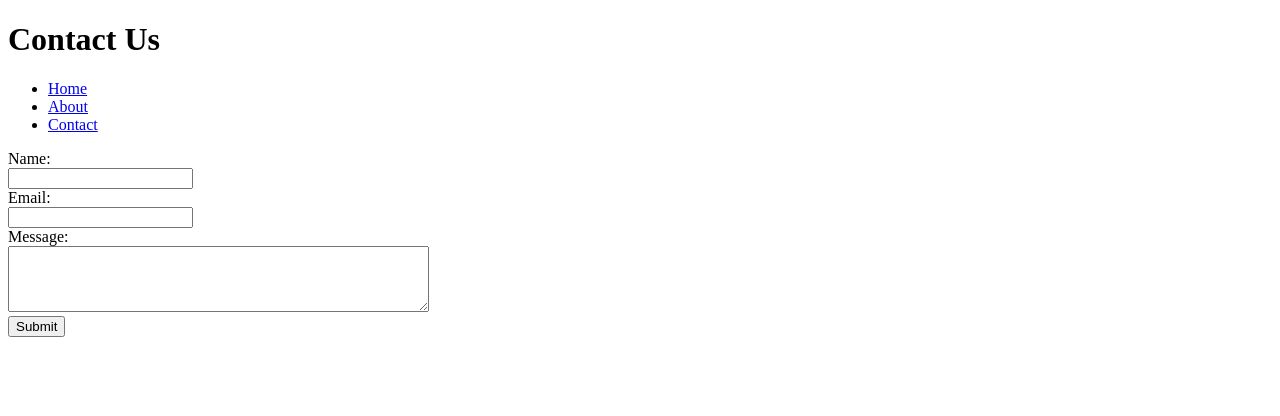
Repository: jbn-aman/wiprobatch1
Page: project/work/html/mywebapp/public/pages/assignment14/contact.html
The author's editor kept a copy of each file at every save. The page is drawn from the files as they stood at one save, then again after the next save.
The browser window is 1280 px wide. The pictures show the whole page.

Above is the page before, as saved 2024-04-04 16:50:08.

After the next save:
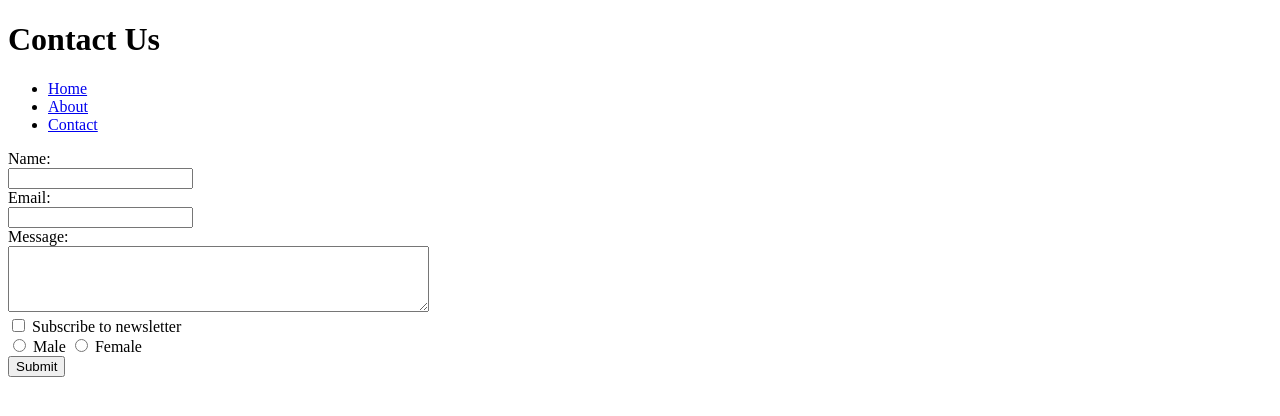
Saved 2 min 31 s later.
--- a/project/work/html/mywebapp/public/pages/assignment14/contact.html
+++ b/project/work/html/mywebapp/public/pages/assignment14/contact.html
@@ -18,13 +18,19 @@
         </ul>
     </nav>
     <!-- Contact form -->
-    <form class="contact-form" action="https://example.com/submit_form.php" method="post">
+    <form  method="post">
         <label for="name">Name:</label><br>
         <input type="text" id="name" name="name"><br>
         <label for="email">Email:</label><br>
         <input type="email" id="email" name="email"><br>
         <label for="message">Message:</label><br>
         <textarea id="message" name="message" rows="4" cols="50"></textarea><br>
+        <input type="checkbox" id="subscribe" name="subscribe">
+        <label for="subscribe">Subscribe to newsletter</label><br>
+        <input type="radio" id="male" name="gender" value="male">
+        <label for="male">Male</label>
+        <input type="radio" id="female" name="gender" value="female">
+        <label for="female">Female</label><br>
         <input type="submit" value="Submit">
     </form>
 </body>
